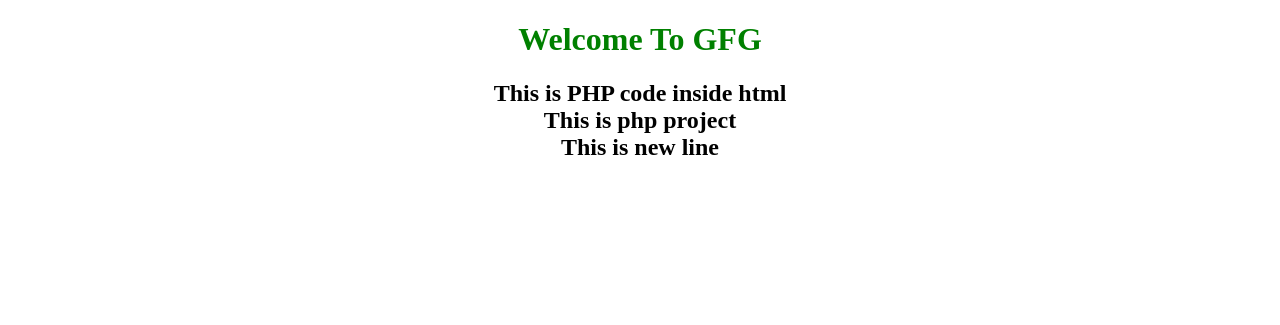
Repository: GreeshmaJames/phpprojectgh
Page: http://localhost/example1.php
These files come from the project's save history. The page is drawn as it stood at one moment and after the next save; the edit follows.
The browser window is 1280 px wide. The pictures show the whole page.
The page is run by PHP 8.4 with error messages shown; the project is at /var/www/html/.

Above is the page before, as saved 2022-12-14 11:03:55.

### example1.php
<!DOCTYPE html>
<html>

<head>
	<style>
		h1 {
			color: green;
		}
	</style>
</head>

<body>
	<center>
		<h1>Welcome To GFG</h1>

		<h2>
			<?php
			echo "This is PHP code inside html<br>";
			echo "This is php project<br>";

            echo "This is new line"
			?>
		</h2>
	</center>
</body>

</html>

After the next save:
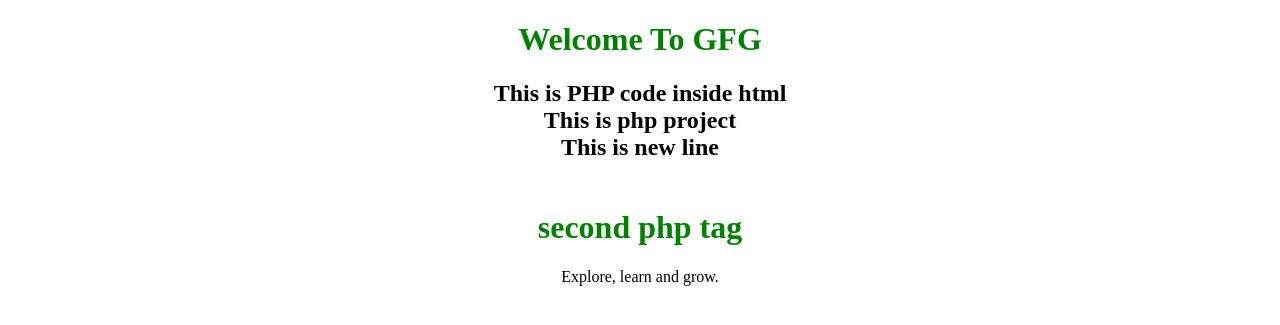
Saved 8 min 1 s later.
--- a/example1.php
+++ b/example1.php
@@ -20,6 +20,12 @@
 
             echo "This is new line"
 			?>
+			<br><br>
+			<h1>second php tag</h1>
+        <?php
+        echo 'Explore, learn and grow.'
+        ?>
+        </p>
 		</h2>
 	</center>
 </body>
